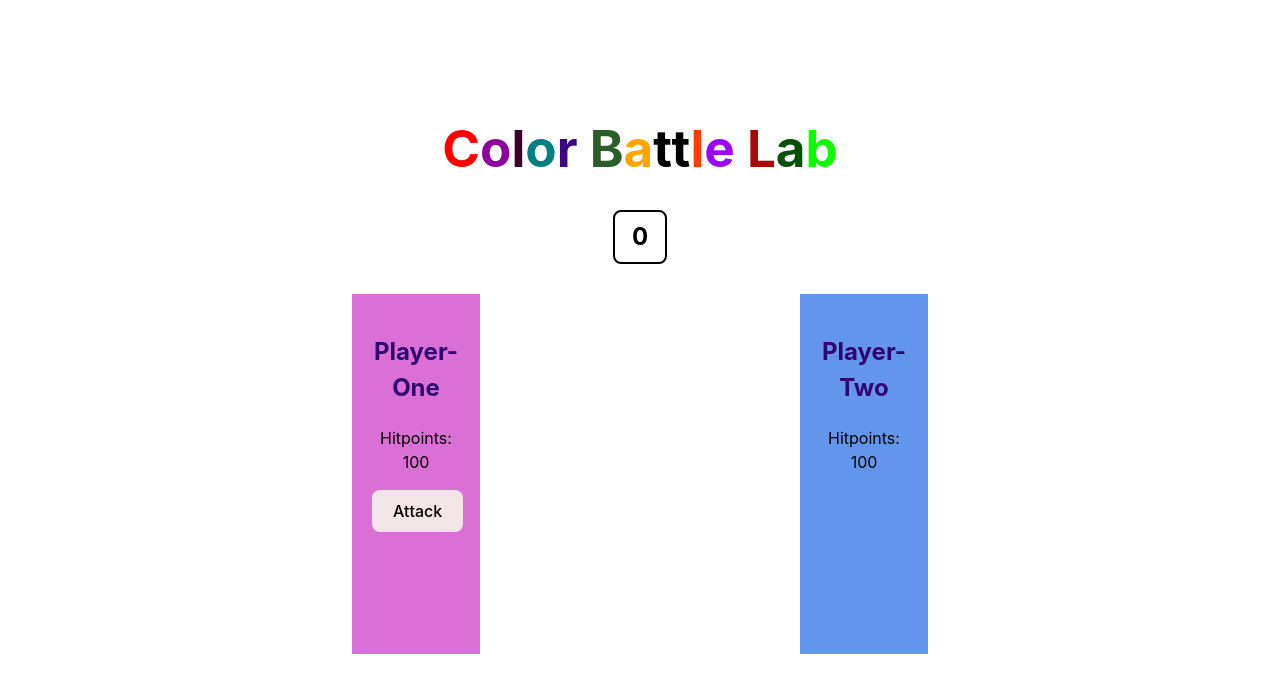
Repository: RAWdevX21/color-battle_lab-build
Page: /
The author's editor kept a copy of each file at every save. The page is drawn from the files as they stood at one save, then again after the next save.
The browser window is 1280 px wide. The pictures show the whole page.
The project was rebuilt for these pictures with package versions that can differ from the ones it lists, and the page was loaded fresh each time. Also part of the build but not shown: vite.config.js.

Above is the page before, as saved 2023-08-17 03:17:53.

### index.html
<!doctype html>
<html lang="en">
  <head>
    <meta charset="UTF-8" />
    <link rel="icon" type="image/svg+xml" href="/vite.svg" />
    <meta name="viewport" content="width=device-width, initial-scale=1.0" />
    <title>Color Battle</title>
  </head>
  <body>
    <div id="root"></div>
    <script type="module" src="/src/main.jsx"></script>
  </body>
</html>

### src/App.jsx
import { useState } from "react";
import GameBanner from "./Components/GameBanner";
import Player from "./Components/PlayerInfo";
import "./App.css";

export default function App() {
  const [player1, setPlayer1] = useState({
    name: "Player-One",
    color: "orchid",
    hitpoints: 100,
    turn: true
  });

  const [player2, setPlayer2] = useState({
    name: "Player-Two",
    color: "cornflowerblue",
    hitpoints: 100,
    turn: false
  });

  const [dice, setDice] = useState(0);

  const handleAttack = (attacker, defender, setAttacker, setDefender) => {
    const damage = Math.floor(Math.random() * 6) + 1;
    setDice(damage);

    const updatedDefender = {
      ...defender,
      hitpoints: defender.hitpoints - damage
    };
    const updatedAttacker = { ...attacker, turn: false };

    setDefender(updatedDefender);
    setAttacker(updatedAttacker);

    // Switch turns
    if (attacker === player1) {
      setPlayer2({ ...player2, turn: true });
    } else {
      setPlayer1({ ...player1, turn: true });
    }

    // Check for game over
    if (updatedDefender.hitpoints <= 0) {
      alert(`${attacker.name} wins!`);
      // Reset game or any other logic you want to add
    }
  };

  return (
    <>
      <div className="wrapper">
        <GameBanner damagePoints={dice} />

        <div className="players-container">
          <div className="player-wrapper">
            <Player
              player={player1}
              onAttack={() =>
                handleAttack(player1, player2, setPlayer1, setPlayer2)
              }
            />
          </div>
          <div className="player-wrapper">
            <Player
              player={player2}
              onAttack={() =>
                handleAttack(player2, player1, setPlayer2, setPlayer1)
              }
            />
          </div>
        </div>
      </div>
    </>
  );
}

### src/index.css
:root {
  font-family: Inter, system-ui, Avenir, Helvetica, Arial, sans-serif;
  line-height: 1.5;
  font-weight: 400;

  color-scheme: light dark;
  background-color: #242424;

}

a {
  font-weight: 500;
  /* color: #646cff; */
  text-decoration: inherit;
}
a:hover {
  /* color: #535bf2; */
}

body {
  margin: 0;
  display: flex;
  place-items: center;
  min-width: 320px;
  min-height: 100vh;
}

h1 {
  font-size: 3.2em;
  line-height: 1.1;
}

button {
  border-radius: 8px;
  border: 1px solid transparent;
  padding: 0.6em 1.2em;
  font-size: 1em;
  font-weight: 500;
  font-family: inherit;
  background-color: #1a1a1a;
  cursor: pointer;
  transition: border-color 0.25s;
}
button:hover {
  border-color: #646cff;
}
button:focus,
button:focus-visible {
  outline: 4px auto -webkit-focus-ring-color;
}

@media (prefers-color-scheme: light) {
  :root {
    background-color: #ffffff;
  }
  a:hover {
    color: #747bff;
  }
  button {
    background-color: #f9f9f9;
  }
}

### src/Components/GameBanner.jsx
import './GameBanner.css';
import Die from "./Die";

const GameBanner = ({ damagePoints }) => {
    return (
      <div className="banner">
        <h1>
          <span className="banner--c">C</span>
          <span className="banner--o">o</span>
          <span className="banner--l">l</span>
          <span className="banner--o2">o</span>
          <span className="banner--r">r</span>
          &nbsp;
          <span className="banner--b">B</span>
          <span className="banner--a">a</span>
          <span className="banner--t">t</span>
          <span className="banner--t">t</span>
          <span className="banner--l2">l</span>
          <span className="banner--e">e</span>
          &nbsp;
          <span className="banner--l3">L</span>
          <span className="banner--a2">a</span>
          <span className="banner--b2">b</span>
        </h1>
        <div className="damage-points">
          <Die value={damagePoints} />
        </div>
      </div>
    );
}

export default GameBanner;

### src/Components/PlayerInfo.jsx
import "./PlayerInfo.css";

const Player = ({ player, onAttack }) => {
  return (
    <div className="player" style={{ backgroundColor: player.color }}>
      <h2>{player.name}</h2>
      <p>Hitpoints: {player.hitpoints}</p>
      {player.turn && (
        <button className="attack-button" onClick={onAttack}>
          Attack
        </button>
      )}
    </div>
  );
};

export default Player;

### src/App.css
#root {
  margin: 0 auto;
  padding: 2rem;
  text-align: center;
}

h2 {
  color: rgb(49, 5, 112);
}

.players-container {
  display: flex;
  align-items: stretch;
  margin: 0 10em;
}

.player-wrapper {
  flex: 1;
  height: 50vh !important;
  margin: 0 10em;
  min-height: 50vh !important;
  box-sizing: border-box;
  overflow: hidden !important;
}

### src/Components/GameBanner.css
.banner {
    text-align: center;
    padding: 20px;
    background-color: #ffffff;
    color: black;
}

.damage-points {
    margin-top: 10px;
    font-size: 6rem;
}

.banner h1 span.banner--c { color: red; }
.banner h1 span.banner--o { color: rgb(140, 4, 158); }
.banner h1 span.banner--l { color: rgb(60, 1, 38); }
.banner h1 span.banner--o2 { color: teal; }
.banner h1 span.banner--r { color: rgb(62, 5, 131); }
.banner h1 span.banner--b { color: rgb(43, 94, 43); }
.banner h1 span.banner--a { color: orange; }
.banner h1 span.banner--t { color: black; }
.banner h1 span.banner--l2 { color: rgb(255, 60, 0); }
.banner h1 span.banner--e { color: rgb(153, 7, 245); }
.banner h1 span.banner--l3 { color: rgb(172, 8, 8); }
.banner h1 span.banner--a2 { color: rgb(8, 80, 8); }
.banner h1 span.banner--b2 { color: rgb(17, 250, 1); }

### src/Components/Die.jsx
import "./Die.css";

const Die = ({ value }) => {
  return <div className="die-container">{value}</div>;
};

export default Die;

### src/Components/PlayerInfo.css
div.player {
    height: 30rem; /* Adjust this value to your preference */
    overflow: hidden; /* This will ensure content exceeding the height won't be visible */
}

.player {
    padding: 20px;
    box-sizing: border-box;
    background-color: #f5f5f5;
}

.attack-button {
    padding: 10px 20px;
    background-color: rgb(242, 229, 229);
    color: black;
    cursor: pointer;
}

### src/Components/Die.css
.die {
    text-align: center;
    font-size: 20px;
    margin-top: 20px;
}

.die-container {
    width: 50px;
    height: 50px;
    border: 2px solid black;
    border-radius: 8px;
    display: flex;
    align-items: center;
    justify-content: center;
    font-size: 24px;
    font-weight: bold;
    margin: 10px auto;
}

Loaded but not shown: src/main.jsx (common file)

After the next save:
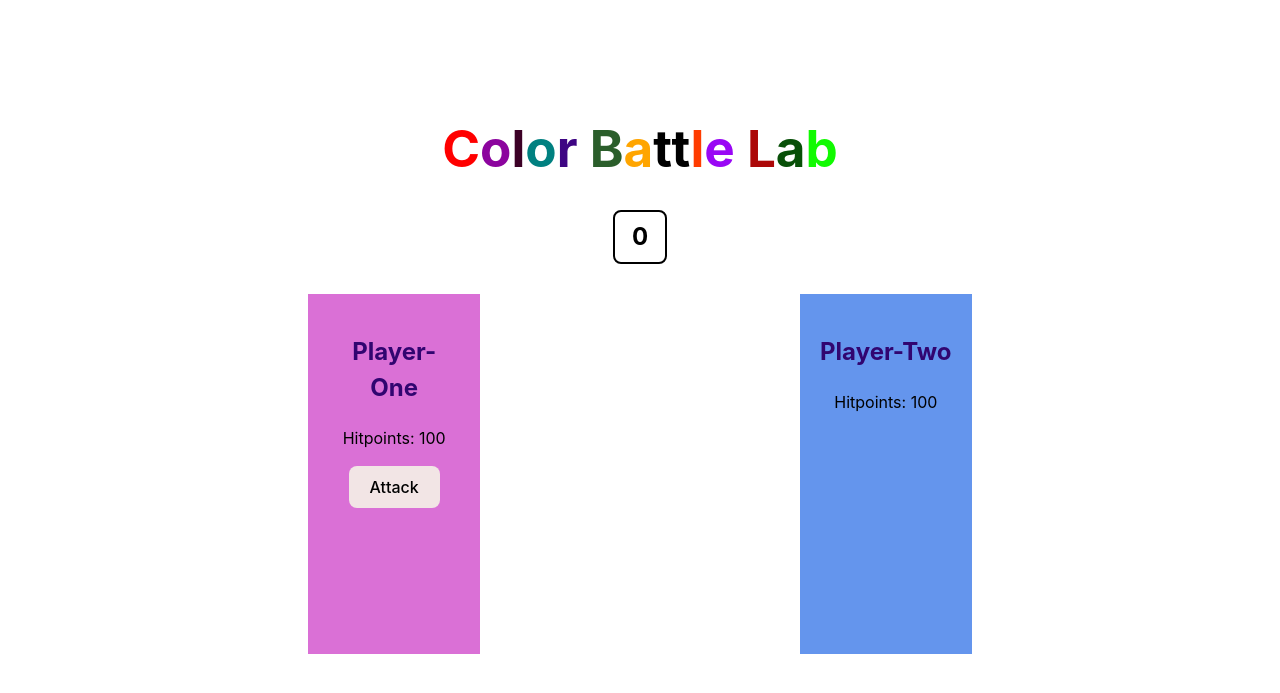
Saved 11 s later.
--- a/src/App.css
+++ b/src/App.css
@@ -11,7 +11,7 @@ h2 {
 .players-container {
   display: flex;
   align-items: stretch;
-  margin: 0 10em;
+  /* margin: 0 10em; */
 }
 
 .player-wrapper {
